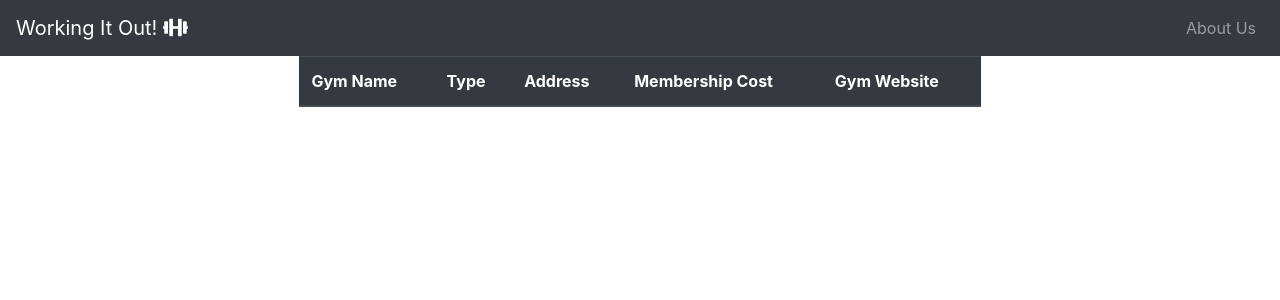
Repository: cgaynor91/Working_It_Out
Page: http://localhost/
The author's editor kept a record of every edit. The page is drawn from the files as they stood at one moment, then again after the next edit.
The browser window is 1280 px wide. The pictures show the whole page.
Some web libraries are served in a nearby version. The page is served by the project's application, run on Flask 3 (app.py). Queries for data that is not in the repository find no rows.

Above is the page before.

After the next edit:
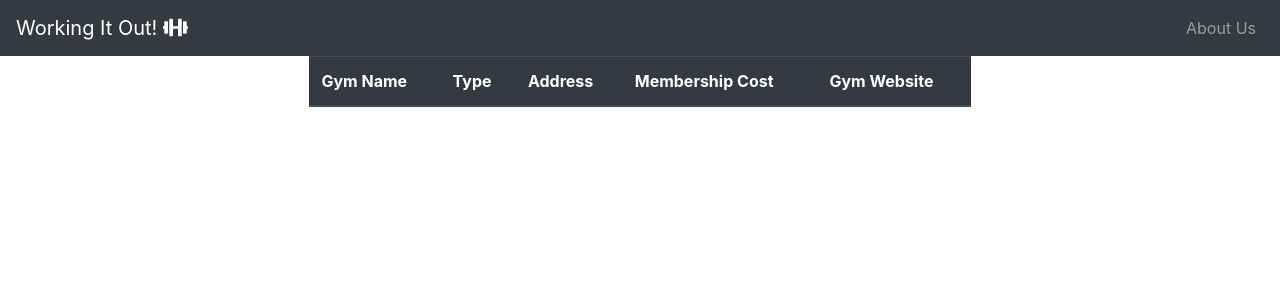
The edit:
--- a/templates/home.html
+++ b/templates/home.html
@@ -1,6 +1,6 @@
 {% extends 'base.html'%} {% block content %}
 
-
+<div class="container-fluid">
 
 <!-- Table of gym Data -->
 <div class="row justify-content-center">
